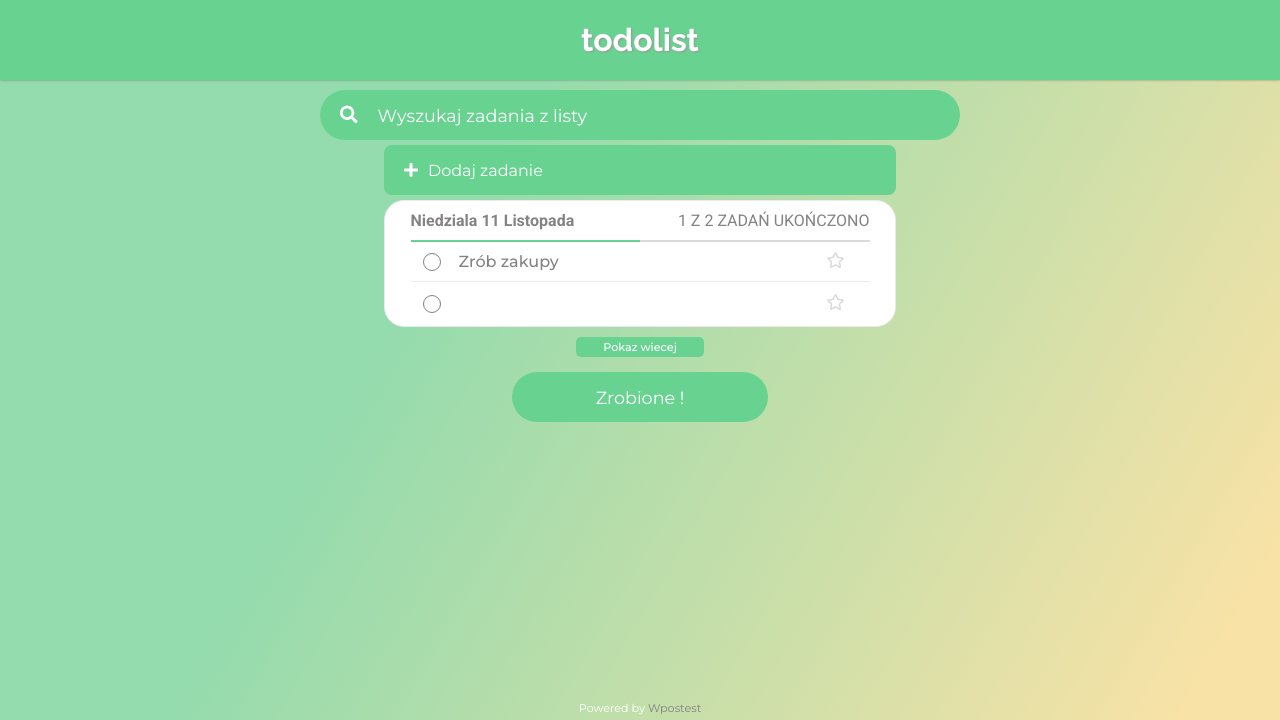
Repository: Wpostest/todolist
Page: src/index.html
An editor plug-in stored every save of this project. The page is shown before and after the next save, followed by the edit.
The browser window is 1280 px wide. The pictures show the whole page.
Some web libraries are served in a nearby version. The style sheet was rebuilt from its Sass, Less or Tailwind sources for each picture, by a compiler version that may differ from the author's.

Above is the page before, as saved 2020-01-29 16:40:21.

### src/index.html
<!DOCTYPE html>
<html lang="pl">
<head>
    <meta charset="UTF-8">
    <meta name="viewport" content="width=device-width, initial-scale=1.0">
    <meta http-equiv="X-UA-Compatible" content="ie=edge">
    <title>todolist</title>
    <link rel="stylesheet" href="css/app.css">
    <link href="https://fonts.googleapis.com/css?family=Lato:100,300,400,700|Montserrat:100,300,400,500,700|Open+Sans:300,400,700|Raleway:100,300,400,500,700|Roboto:100,300,400,500,700&display=swap" rel="stylesheet">
    <link rel="stylesheet" href="https://use.fontawesome.com/releases/v5.6.3/css/all.css" integrity="sha384-UHRtZLI+pbxtHCWp1t77Bi1L4ZtiqrqD80Kn4Z8NTSRyMA2Fd33n5dQ8lWUE00s/" crossorigin="anonymous">
</head>
<body>
    <header class="todolist__header">
        <h1 class="todolist__title">todolist</h1>
    </header>
    <section>
        <label class="todolist__search-wrapper" for="todolist__search">
            <i class="fas fa-search todolist__search-icon"></i>
            <input type="text" class="todolist__search" id="todolist__search" title="Szukaj" placeholder="Wyszukaj zadania z listy">
        </label>
        <label class="todolist__add-task-wrapper" for="todolist__add-task">
            <input type="text" class="todolist__add-task" id="todolist__add-task" title="Dodaj zadanie" placeholder="Dodaj zadanie">
            <i class="fas fa-plus todolist__add-task-icon"></i>
        </label>

        <ul class="todolist">
            <div class="todolist__information">
                <div class="todolist__current-time">Niedziala 11 Listopada</div>
                <div class="todolist__task-done-info">
                    <span class="todolist__count-done-task">1</span>
                    z
                    <span class="todolist__count-all-task">2</span>
                    zadań ukończono
                </div>
                <div class="todolist__line-done-percentage"></div>
            </div>
            <li class="todolist__task">
                <input type="checkbox" class="todolist__checkbox-done">
                <span>Zrób zakupy</span>
                <input type="checkbox" class="todolist__checkbox-star">
                <div class="checbox-done_background_animation"></div>
            </li>
            <li class="todolist__task">
                    <input type="checkbox" class="todolist__checkbox-done" id="todolist__checkbox-done">
                    <label for="todolist__checkbox-done" class="checbox-done_background_animation"></label>
                    <input type="checkbox" class="todolist__checkbox-star">
                    <div class="checbox-done_background_animation"></div>
                </li>
            <!--<li>TEXT<input type="checkbox"><button>star-icon</button></li>-->
            <!--
                LISTA MA MIEC MAKSYMALNA WYSOKOSC PRZYCISK POKAZ WIECEJ MA USUWAC OGRANICZENIA WYSOKOSCI LUB WYSWIETLANYCH ELEMENTOW
                JEZELI UKONCZYSZ WSZYSTKIE ZADANIA MA POKAZAC SIE FAJNA ANIMACJA I ZNIKNAC PO KILKU SEKUNDACH
                CHECKBOX MA POKAZYWAC SIE Z LEWEJ STRONY
            -->
        </ul>
        <button class="todolist__show-more" title="Pokaż więcej zadań">Pokaz wiecej</button>
        <button class="todolist__done" title="Usuń skończone zadania z listy">Zrobione !</button>
    </section>
    <footer>
        <h6 class="todolist__copywrite">Powered by <a href="https://github.com/Wpostest/">Wpostest</a></h6>
    </footer>
    <script src="js/app.js"></script>
</body>
</html>

### src/sass/app.scss
@import 'reset';
@import 'variables';
@import 'components/checkboxes/checkbox_done.scss';
@import 'components/checkboxes/checkbox_star.scss';
@import 'todolist/todolist';

### src/sass/reset.scss
html, body, div, span, applet, object, iframe, h1, h2, h3, h4, h5, h6, p, blockquote, pre, a, abbr, acronym, address, big, cite, code, del, dfn, em, img, ins, kbd, q, s, samp, small, strike, strong, sub, sup, tt, var, b, u, i, center, dl, dt, dd, ol, ul, li, fieldset, form, label, legend, table, caption, tbody, tfoot, thead, tr, th, td, article, aside, canvas, details, embed, figure, figcaption, footer, header, hgroup, menu, nav, output, ruby, section, summary, time, mark, audio, video, input {
    margin: 0;
    padding: 0;
    border: 0;
    font-size: 100%;
    font: inherit;

    // Sposób wyliczania wysokości i szerokości elementu.
    // Szerokość elementu np 25% zawiera już paddingi oraz border.
    box-sizing: border-box;

    vertical-align: baseline; }

article, aside, details, figcaption, figure, footer, header, hgroup, menu, nav, section {
    display: block; }

a {
    text-decoration: none;
    outline: none;
}

button {
    outline: none;
}

ol, ul {
    list-style: none; }

blockquote, q {
    quotes: none; }

blockquote {
    &:before, &:after {
        content: '';
        content: none; } }

q {
    &:before, &:after {
        content: '';
        content: none; } }

table {
    border-collapse: collapse;
    border-spacing: 0; }

### src/sass/variables.scss
$background_primary: #68d391;
$background_secoundary: #94dbad;
$font-color_primary: #fff;
$font-color_secoundary: rgb(133, 130, 130);
$font-family_primary: 'Montserrat', sans-serif;
$font-family_secoundary: 'Roboto', sans-serif;
$font-size_xxl: 2rem;
$font-size_xl: 1.5rem;
$font-size_l: 1.1rem;
$font-size_m: 1rem;
$font-size_s: .9rem;
$font-size_xs: .7rem;
$font-size_xxs: .5rem;

### src/sass/components/checkboxes/checkbox_done.scss
.todolist__checkbox-done{
    position: relative;
    -webkit-appearance: none;
    display: inline-block;
    width: 18px;
    height: 18px;
    background-color: #fff;
    border-radius: 50%;
    border: 1px solid $font-color_secoundary;
    outline: none;
    margin-left: 12px;
    margin-right: 18px;
    cursor: pointer;
    z-index: 1;
    transition: color 200ms ease-in;

    &::after{
        position: absolute;
        width: 100%;
        height: 100%;
        top: 13px;
        left: 12px;
        transform: translate(-50%, -50%);
        color: $font-color_primary;
        font-family: "Font Awesome 5 Free";
        font-weight: 900;
        content: "\f00c";
        font-size: 10px;
        opacity: 0;
    }

    &:checked{
        border: none;
        background-color: $background_primary;

        &~ span{
            text-decoration: line-through;
            color: $font-color_primary;
        }

        & ~ .checbox-done_background_animation{
            opacity: 1;
            transform: translate(-50%, -50%) scale3d(56, 56, 1);
        }

        & ~ .todolist__checkbox-star::after{
            color: $font-color_primary;
        }

        &::after{
            opacity: 1;
        }
    }
}

.checbox-done_background_animation{
    position: absolute;
    top: 0;
    left: 50%;
    height: 10px;
    width: 10px;
    background: $background_secoundary;
    border-radius: 50%;
    transform: translateX(-50%) scale3d(1, 1, 1);
    transition: all 600ms cubic-bezier(0.4, 0.0, 0.2, 1);
    z-index: 0;
    opacity: 0;
}

### src/sass/components/checkboxes/checkbox_star.scss
.todolist__checkbox-star{
    position: absolute;
    top: 50%;
    transform: translateY(-25%);
    right: 25px;
    width: 50px;
    height: 100%;
    -webkit-appearance: none;
    outline: none;
    text-align: right;
    z-index: 1;

    &::after{
        font-family: "Font Awesome 5 Free";
        font-weight: 500;
        content: "\f005";
        position: absolute;
        top: 0;
        left: 0;
        width: 100%;
        height: 100%;
        font-size: 1rem;
        opacity: 1;
        visibility: visible;
        color: #dadada;
        transition: color 200ms ease-in;
    }

    &::before{
        font-family: "Font Awesome 5 Free";
        font-weight: 900;
        content: "\f005";
        position: absolute;
        top: 0;
        left: 0;
        width: 100%;
        height: 100%;
        color: #fff;
        font-size: 1rem;
        opacity: 0;
        visibility: hidden;
        color: #ffe46b;
    }

    &:checked{
        &::after{
            opacity: 0;
            visibility: hidden;
        }

        &::before{
            opacity: 1;
            visibility: visible;
        }
    }
}

### src/sass/todolist/todolist.scss
body{
    background: rgb(148,219,173);
    background: linear-gradient(120deg, rgba(148,219,173,1) 34%, rgba(248,226,166,1) 94%);
    height: 100vh;
}

.todolist__header{
    width: 100%;
    height: 80px;
    background-color: $background_primary;
    box-shadow: 0px -1px 3px 0px rgba(0,0,0,0.75);
    margin-bottom: 10px;

    .todolist__title{
        color: $font-color_primary;
        font-size: 2rem;
        font-family: 'Raleway', sans-serif;
        font-weight: 600;
        text-align: center;
        text-shadow: 1px 1px 2px rgba(150, 150, 150, 1);
        line-height: 80px;
    }
}

section{
    display: flex;
    flex-direction: column;
    align-items: center;
}

.todolist__search-wrapper{
    background-color: $background_primary;
    width: 50%;
    height: 50px;
    border-radius: 50px;
    display: flex;
    flex-direction: row;
    justify-content: flex-start;
    align-items: center;
    margin-bottom: 5px;

    &:hover{
        //box-shadow: 0 1px 2px 0 rgba(32,33,36,0.28);
    }

    .todolist__search-icon{
        color: $font-color_primary;
        margin-left: 20px;
        font-size: $font-size_l;
    }

    .todolist__search{
        color: $font-color_primary;
        outline: none;
        margin-left: 20px;
        margin-right: 50px;
        width: 100%;
        height: 80%;
        background-color: $background_primary;
        font-size: $font-size_l;
        font-family: $font-family_primary;

        &::placeholder{
            color: $font-color_primary;
        }

        &:focus{
            &::placeholder{
                opacity: 0;
                visibility: hidden;
            }
        }
    }
}

.todolist__add-task-wrapper{
    background-color: $background_primary;
    width: 40%;
    height: 50px;
    border-radius: 8px;
    display: flex;
    flex-direction: row-reverse;
    justify-content: flex-start;
    align-items: center;
    margin-bottom: 5px;

    .todolist__add-task-icon{
        color: $font-color_primary;
        margin-left: 20px;
        font-size: $font-size_m;
    }

    .todolist__add-task{
        color: $font-color_primary;
        outline: none;
        margin-left: 10px;
        margin-right: 50px;
        width: 100%;
        height: 80%;
        background-color: $background_primary;
        font-size: $font-size_m;
        font-family: $font-family_primary;

        &:hover{
            //box-shadow: 0 1px 2px 0 rgba(32,33,36,0.28);
        }

        &::placeholder{
            color: $font-color_primary;
        }

        &:focus{
            &::placeholder{
                opacity: 0;
                visibility: hidden;
            }

            & ~ .todolist__add-task-icon{
                transition: transform .7s;
                transform: rotate(360deg);
            }
        }
    }
}

.todolist{
    width: 40%;
    background: #fff;
    border-radius: 20px;
    border: 1px solid #ebebeb;
    margin-bottom: 10px;

    .todolist__task{
        overflow: hidden;

        span{
            z-index: 1;
            transition: color 200ms ease-in;
        }
    }

    .todolist__information{
        width: 90%;
        margin-left: auto;
        margin-right: auto;
        color: $font-color_secoundary;
        font-weight: 600;
        padding-top: 10px;
        font-family: $font-family_secoundary;
        display: flex;
        flex-direction: row;
        flex-wrap: wrap;

        .todolist__current-time{
            font-size: $font-size_m;
            width: 50%;
        }

        .todolist__task-done-info{
            font-weight: 400;
            width: 50%;
            text-align: right;
            text-transform: uppercase;
        }

        .todolist__line-done-percentage{
            width: 100%;
            height: 2px;
            background: linear-gradient(to right, $background_primary 0%, $background_primary 50%, #dadada 50%, #dadada 100%);
            margin-top: 10px;
        }
    }

    .todolist__task{
        margin-left: auto;
        margin-right: auto;
        width: 90%;
        color: $font-color_secoundary;
        height: 40px;
        background-color: #fff;
        font-size: $font-size_m;
        font-weight: 500;
        font-family: $font-family_primary;
        display: flex;
        flex-direction: row;
        justify-content: flex-start;
        align-items: center;
        margin-bottom: 2px;
        position: relative;
        border-bottom: 1px solid #ebebeb;

        &:last-child{
            border: none;
        }
    }
}

.todolist__show-more{
    background-color: $background_primary;
    border: none;
    border-radius: 5px;
    width: 10%;
    height: 20px;
    color: $font-color_primary;
    font-size: $font-size_xs;
    font-weight: 500;
    font-family: $font-family_primary;
    cursor: pointer;
    margin-bottom: 15px;
}

.todolist__done{
    background-color: $background_primary;
    border: none;
    border-radius: 25px;
    width: 20%;
    height: 50px;
    color: $font-color_primary;
    font-size: $font-size_l;
    font-family: $font-family_primary;
    cursor: pointer;
    transition: transform .5s;
}

.todolist__copywrite{
    font-size: $font-size_xs;
    color: $font-color_primary;
    position: absolute;
    left: 50%;
    bottom: 5px;
    transform: translateX(-50%);
    font-family: $font-family_primary;

    a{
        color: $font-color_secoundary;
    }
}

Loaded but not shown: src/js/app.js (no stored copy; drawn as an empty file)

After the next save:
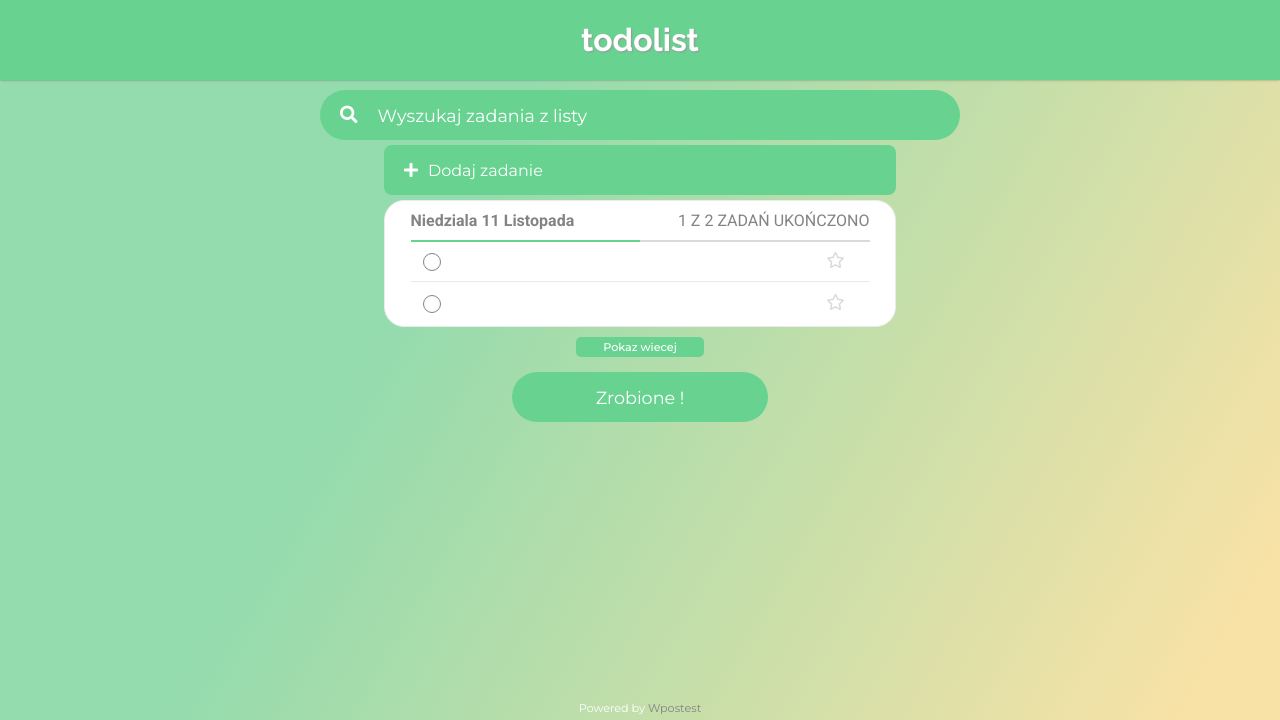
Saved 34 s later.
--- a/src/index.html
+++ b/src/index.html
@@ -36,7 +36,7 @@
             </div>
             <li class="todolist__task">
                 <input type="checkbox" class="todolist__checkbox-done">
-                <span>Zrób zakupy</span>
+                <label for="todolist__checkbox-done" class="checbox-done_background_animation">Zrób zakupy</label>
                 <input type="checkbox" class="todolist__checkbox-star">
                 <div class="checbox-done_background_animation"></div>
             </li>
